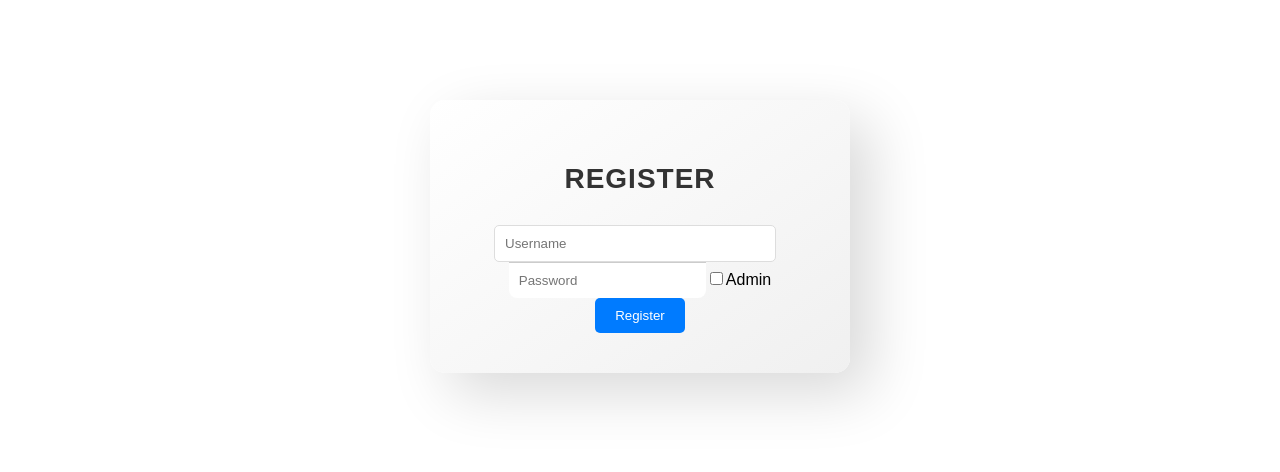
Repository: mdmisri/needy-talk
Page: /register (app in frontend/talk-d1/)
These files come from the project's save history. The page is drawn as it stood at one moment and after the next save; the edit follows.
The browser window is 1280 px wide. The pictures show the whole page.
The page's requests for data from a server got no answer. The project was rebuilt for these pictures with package versions that can differ from the ones it lists, and the page was loaded fresh each time. No one was signed in, and anything a server would have sent is missing. Also part of the build but not shown: frontend/talk-d1/src/components/Login/Login.css, frontend/talk-d1/src/components/Login/Login.js, frontend/talk-d1/src/conversationUtils.js, frontend/talk-d1/src/hooks/useConversation.js, frontend/talk-d1/src/components/Chat/styles/Message.css, frontend/talk-d1/src/components/Chat/Message.js, frontend/talk-d1/src/components/Chat/ChatBox.js, frontend/talk-d1/src/components/Chat/AdminChatBox.js and 3 more.

Above is the page before, as saved 2024-07-28 17:24:17.

### frontend/talk-d1/src/index.js
import React from 'react';
import ReactDOM from 'react-dom/client';
import './index.css';
import App from './App';
import { BrowserRouter } from 'react-router-dom';

const root = ReactDOM.createRoot(document.getElementById('root'));
root.render(
  <React.StrictMode>
    <BrowserRouter>
    <App />
    </BrowserRouter>
  </React.StrictMode>
);

// If you want to start measuring performance in your app, pass a function
// to log results (for example: reportWebVitals(console.log))
// or send to an analytics endpoint. Learn more: https://bit.ly/CRA-vitals

### frontend/talk-d1/src/App.js
import React, { useState, useEffect } from 'react';
import { Routes, Route, useNavigate } from 'react-router-dom';
import Login from './components/Login/Login';
import Register from './components/Register/Register';
import ChatBox from './components/Chat/ChatBox';
import AdminChatBox from './components/Chat/AdminChatBox';
import ChatStart from './components/Chat/ChatStart';
import AdminSelection from './components/Chat/AdminSelection';
import socket from './components/Chat/socket';

const App = () => {
    const [user, setUser] = useState(null);
    const [username, setUsername] = useState('');
    const [isAdmin, setIsAdmin] = useState(false);
    const [adminUsername, setAdminUsername] = useState(null);
    const [redirectToChat, setRedirectToChat] = useState(false);
    const navigate = useNavigate();

    useEffect(() => {
        const handleBeforeUnload = () => {
            if (username) {
                socket.emit('userOffline', username);
            }
        };

        window.addEventListener('beforeunload', handleBeforeUnload);

        return () => {
            window.removeEventListener('beforeunload', handleBeforeUnload);
        };
    }, [username]);

    useEffect(() => {
        if (user) {
            if (isAdmin) {
                navigate('/admin-chat');
            } else if (redirectToChat) {
                navigate(`/chat/${adminUsername}`);
            } else {
                navigate('/home');
            }
        }
    }, [user, isAdmin, redirectToChat, adminUsername, navigate]);

    const handleLogout = () => {
        socket.emit('userOffline', username);
        setUser(null);
        setUsername('');
        setIsAdmin(false);
        setAdminUsername(null);
        setRedirectToChat(false);
        navigate('/login');
    };

    const handleAdminSelection = (selectedAdminUsername) => {
        setAdminUsername(selectedAdminUsername);
        setRedirectToChat(true);
    };

    return (
        <div>
            <Routes>
                <Route path="/login" element={<Login setUser={setUser} setUsername={setUsername} setIsAdmin={setIsAdmin} />} />
                <Route path="/register" element={<Register />} />
                {/* Route for admin selection */}
                <Route path="/home" element={!isAdmin ? <ChatStart username={username} onAdminSelect={handleAdminSelection} /> : <AdminChatBox adminUsername={username} handleAdminSelection={handleAdminSelection} />} />
                {/* Route for admin chat box */}
                <Route path="/admin-chat" element={<AdminChatBox adminUsername={username} handleAdminSelection={handleAdminSelection} />} />
                {/* Route for user chat box */}
                <Route path="/chat/:receiverUsername" element={<ChatBox senderUsername={username} />} />
            </Routes>
            {user && <button onClick={handleLogout}>Logout</button>}
        </div>
    );
};

export default App;

### frontend/talk-d1/src/components/Register/Register.js
// Register.js
import React, { useState } from 'react';
import axios from 'axios';
import { useNavigate } from 'react-router-dom';
import "./Register.css";

const Register = () => {
    const [username, setUsername] = useState('');
    const [password, setPassword] = useState('');
    const [isAdmin, setIsAdmin] = useState(false);
    const [message, setMessage] = useState('');
    const navigate = useNavigate();

    const handleRegister = async (e) => {
        e.preventDefault();
        try {
            await axios.post('http://localhost:3010/api/auth/register', {
                username,
                password,
                isAdmin,
            });
            setMessage('User registered successfully');
            navigate('/login');
        } catch (err) {
            setMessage('Error registering user');
        }
    };

    return (
        <div className="form-container">
            <h2>Register</h2>
            {message && <p>{message}</p>}
            <form onSubmit={handleRegister}>
                <input
                    type="text"
                    value={username}
                    onChange={(e) => setUsername(e.target.value)}
                    placeholder="Username"
                    required
                />
                <input
                    type="password"
                    value={password}
                    onChange={(e) => setPassword(e.target.value)}
                    placeholder="Password"
                    required
                />
                <label>
                    <input
                        type="checkbox"
                        checked={isAdmin}
                        onChange={() => setIsAdmin(!isAdmin)}
                    />
                    Admin
                </label>
                <button type="submit">Register</button>
            </form>
        </div>
    );
};

export default Register;

### frontend/talk-d1/src/components/Chat/socket.js
// socket.js
import io from 'socket.io-client';

const socket = io('http://localhost:3010');

export default socket;

### frontend/talk-d1/src/components/Register/Register.css
.form-container {
    width: 340px;
    padding: 40px;
    background: linear-gradient(145deg, #ffffff, #f0f0f0);
    box-shadow: 20px 20px 60px #d9d9d9, -20px -20px 60px #ffffff;
    border-radius: 15px;
    margin: 100px auto;
    text-align: center;
    font-family: 'Arial', sans-serif;
}

.form-container h2 {
    margin-bottom: 30px;
    color: #333;
    font-size: 28px;
    font-weight: 600;
    text-transform: uppercase;
    letter-spacing: 1px;
}

.register-container input[type="text"],
.register-container input[type="password"],
.register-container input[type="email"] {
    width: calc(100% - 40px); /* Adjust width to account for padding */
    margin-bottom: 20px;
    padding: 12px 20px; /* Adjust padding for better spacing */
    border: 1px solid #ccc; /* Add a subtle border */
    border-radius: 8px; /* Less rounded for a more modern look */
    background: #f9f9f9;
    box-shadow: 0 2px 5px rgba(0, 0, 0, 0.1); /* Subtle outer shadow */
    font-size: 16px;
    transition: all 0.3s ease;
    outline: none; /* Remove default outline */
}

.register-container input[type="text"]:focus,
.register-container input[type="password"]:focus,
.register-container input[type="email"]:focus {
    border-color: #007BFF; /* Highlight border color on focus */
    box-shadow: 0 0 5px rgba(0, 123, 255, 0.5); /* Add glow effect on focus */
    background: #fff; /* Ensure background is clear on focus */
    outline: none;
    box-shadow: inset 5px 5px 10px #c1c1c1, inset -5px -5px 10px #ffffff;
}

.register-container .checkbox-container {
    display: flex;
    align-items: center;
    margin-bottom: 20px;
    font-size: 16px;
}

.register-container .checkbox-container input {
    margin-right: 10px;
    transform: scale(1.2);
}

.register-container button {
    width: 100%;
    padding: 15px;
    background: linear-gradient(145deg, #007bff, #0056b3);
    color: #fff;
    border: none;
    border-radius: 50px;
    cursor: pointer;
    font-size: 18px;
    font-weight: 600;
    text-transform: uppercase;
    letter-spacing: 1px;
    transition: all 0.3s ease;
    box-shadow: 5px 5px 10px #d9d9d9, -5px -5px 10px #ffffff;
}

.register-container button:hover {
    background: linear-gradient(145deg, #0056b3, #004494);
    transform: translateY(-3px);
    box-shadow: 7px 7px 15px #d9d9d9, -7px -7px 15px #ffffff;
}

.register-container button:active {
    transform: translateY(0);
    box-shadow: 3px 3px 5px #d9d9d9, -3px -3px 5px #ffffff;
}

### frontend/talk-d1/src/components/Chat/styles/ChatBox.css
.chatbox {
    display: flex;
    flex-direction: column;
    height: 100vh;
    width: 400px;
    border: 1px solid #ccc;
    border-radius: 8px;
    box-shadow: 0 4px 8px rgba(0, 0, 0, 0.1);
    background-color: #f9f9f9;
}

.messages {
    flex: 1;
    padding: 10px;
    overflow-y: auto;
    background-color: #fff;
    border-bottom: 1px solid #ccc;
}

.messages div {
    margin-bottom: 10px;
    padding: 8px;
    border-radius: 4px;
}

.sent {
    align-self: flex-end;
    background-color: #e0f7fa;
}

.received {
    align-self: flex-start;
    background-color: #fff3e0;
}

.input-area {
    display: flex;
    align-items: center;
    padding: 10px;
    border-top: 1px solid #ccc;
}

input {
    flex: 1;
    padding: 10px;
    border: none;
    border-top: 1px solid #ccc;
    border-radius: 0 0 8px 8px;
}

button {
    padding: 10px;
    border: none;
    border-radius: 0 0 8px 0;
    background-color: #007bff;
    color: white;
    cursor: pointer;
}

button:hover {
    background-color: #0056b3;
}

input:focus {
    outline: none;
    border: 1px solid #007bff;
}

.typing-indicator {
    font-style: italic;
    color: grey;
    margin-top: 5px;
}

.read-receipt {
    font-size: 12px;
    color: #00bfae;
    position: absolute;
    bottom: -15px;
    right: 10px;
}

### frontend/talk-d1/src/components/Chat/styles/AdminChatBox.css
/* AdminChatBox.css */

.admin-chat-container {
    display: flex;
    height: 100vh;
    font-family: Arial, sans-serif;
}

.user-tabs {
    width: 250px;
    background-color: #f7f7f7;
    border-right: 1px solid #ddd;
    overflow-y: auto;
    padding: 10px;
}

.user-tab {
    padding: 10px;
    cursor: pointer;
    display: flex;
    justify-content: space-between;
    align-items: center;
    border-radius: 5px;
    transition: background-color 0.3s ease;
}

.user-tab:hover {
    background-color: #e0e0e0;
}

.user-tab.active {
    background-color: #007bff;
    color: white;
}

.chat-box {
    flex: 1;
    display: flex;
    flex-direction: column;
    padding: 10px;
    background-color: #fff;
}

.messages {
    flex: 1;
    overflow-y: auto;
    margin-bottom: 10px;
    border-bottom: 1px solid #ddd;
}

.typing-indicator {
    font-style: italic;
    color: #999;
    margin: 5px 0;
}

input[type="text"] {
    width: calc(100% - 80px);
    padding: 10px;
    margin-right: 10px;
    border: 1px solid #ddd;
    border-radius: 5px;
    outline: none;
    transition: border-color 0.3s ease;
}

input[type="text"]:focus {
    border-color: #007bff;
}

button {
    padding: 10px 20px;
    background-color: #007bff;
    color: white;
    border: none;
    border-radius: 5px;
    cursor: pointer;
    transition: background-color 0.3s ease;
}

button:hover {
    background-color: #0056b3;
}

/* Responsive Design */
@media (max-width: 768px) {
    .admin-chat-container {
        flex-direction: column;
    }

    .user-tabs {
        width: 100%;
        border-right: none;
        border-bottom: 1px solid #ddd;
    }

    input[type="text"] {
        width: calc(100% - 90px);
    }
}

Loaded but not shown: frontend/talk-d1/public/index.html (common file); frontend/talk-d1/src/index.css (no stored copy; drawn as an empty file)

After the next save:
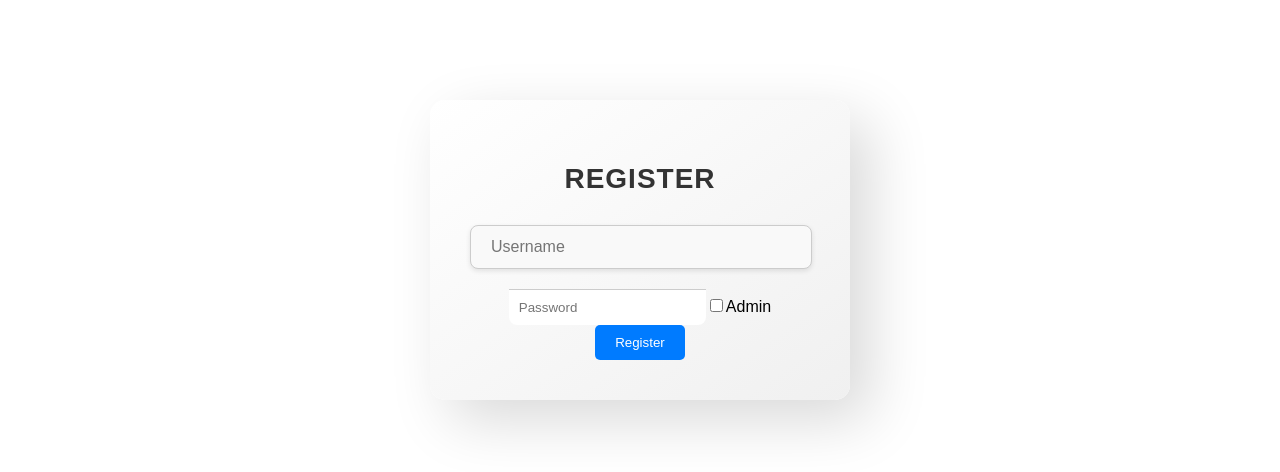
Saved 7 s later.
--- a/frontend/talk-d1/src/components/Register/Register.css
+++ b/frontend/talk-d1/src/components/Register/Register.css
@@ -18,7 +18,7 @@
     letter-spacing: 1px;
 }
 
-.register-container input[type="text"],
+.form-container input[type="text"],
 .register-container input[type="password"],
 .register-container input[type="email"] {
     width: calc(100% - 40px); /* Adjust width to account for padding */
